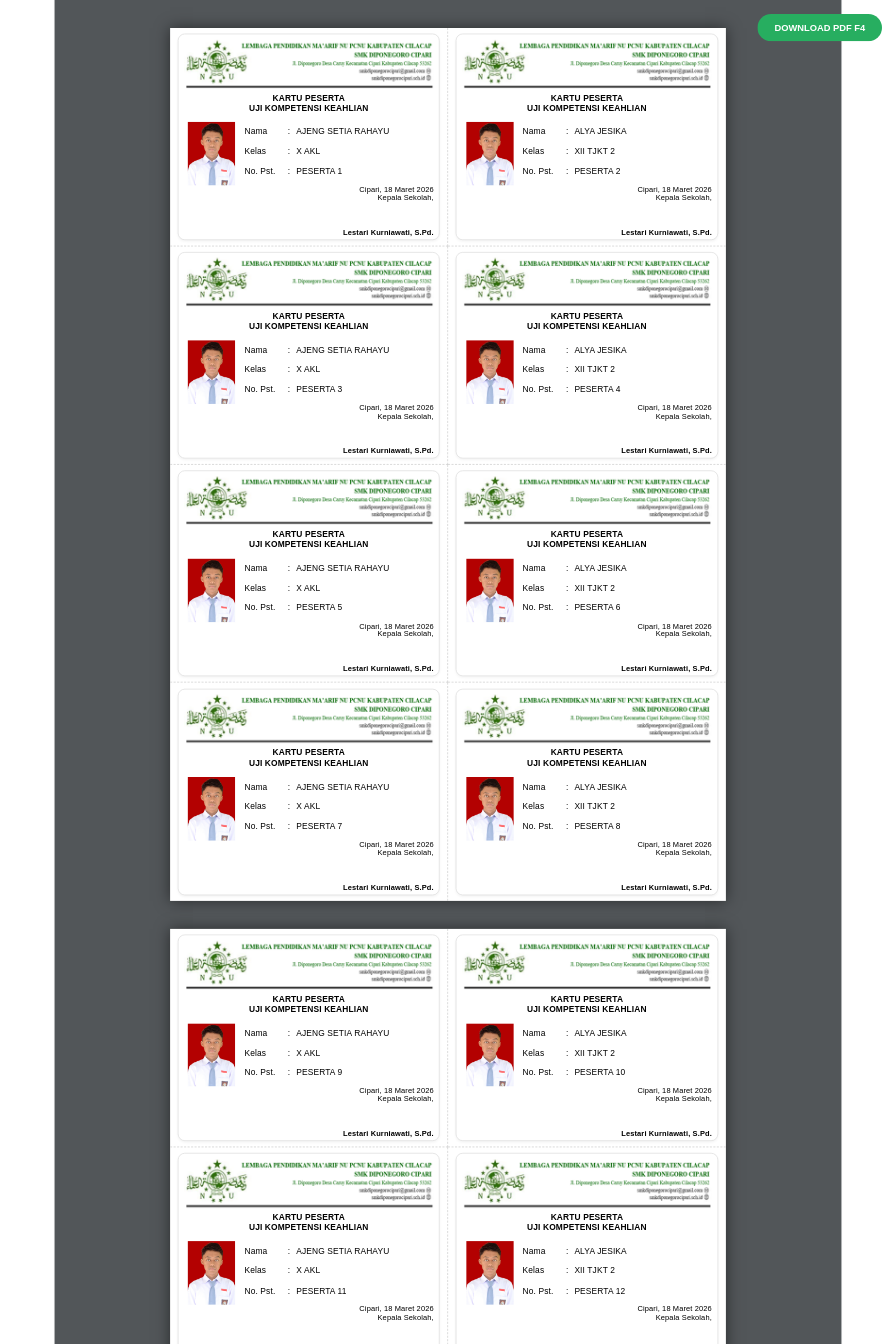
Repository: UsmanAzizz/generator-kartu-tes
Page: /
An editor plug-in stored every save of this project. The page is shown before and after the next save, followed by the edit.
The browser window is 1280 px wide. The pictures show the part of the page from y = 0 to 1920 px (the page is 2654 px tall before and 3294 px after), at 70% of full size.
The project was rebuilt for these pictures with package versions that can differ from the ones it lists, and the page was loaded fresh each time. Also part of the build but not shown: vite.config.js.

Above is the page before, as saved 2026-03-18 16:28:23.

After the next save:
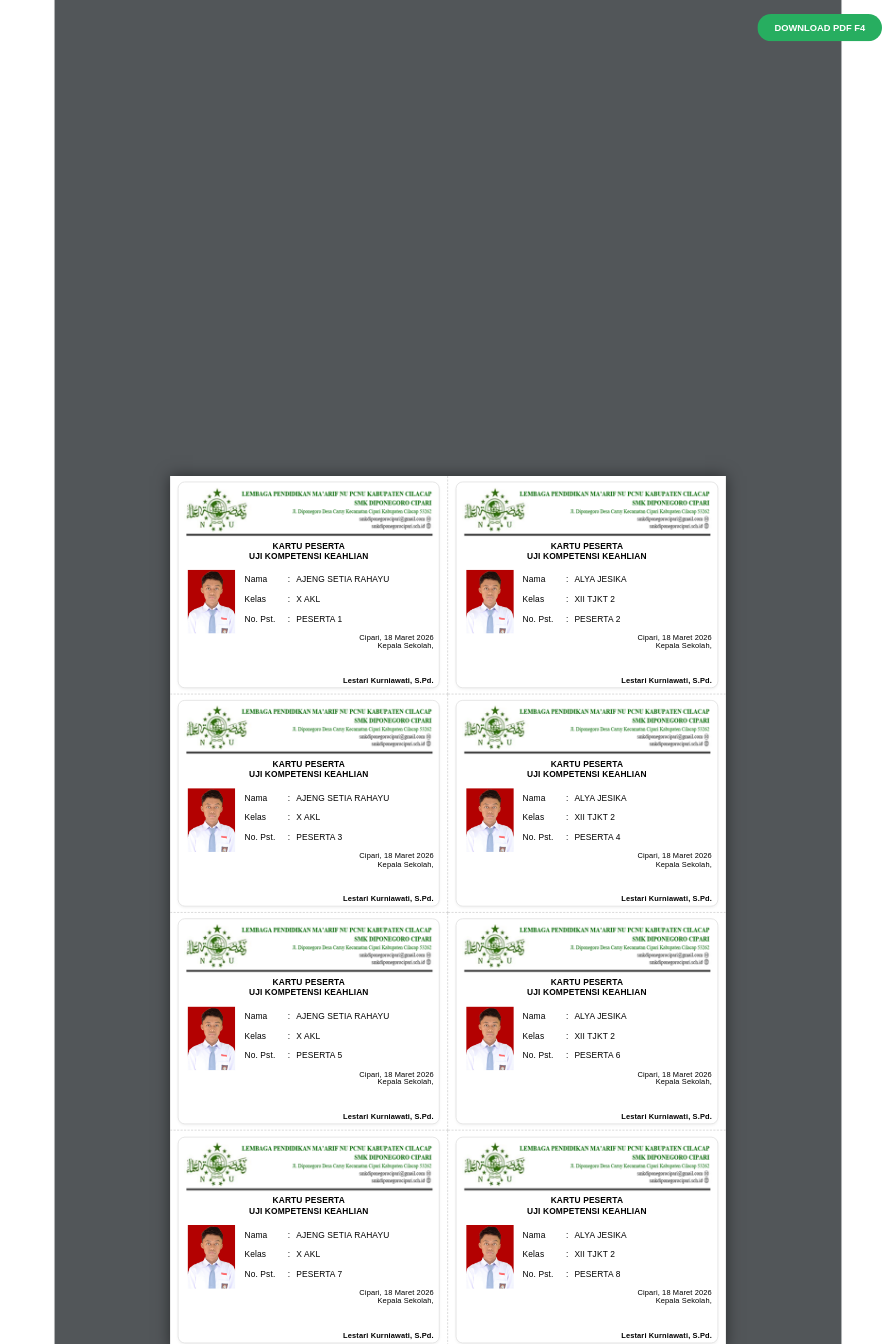
Saved 2 min 40 s later.
--- a/src/App.jsx
+++ b/src/App.jsx
@@ -127,6 +127,11 @@
   return (
     <div style={styles.wrapper}>
       <button style={styles.btnDownload} onClick={downloadPDF}>DOWNLOAD PDF F4</button>
+      <div style={{
+  height: 'calc(100vh - 80px)', // Sisakan ruang untuk padding
+  overflowY: 'auto',            // Scroll hanya muncul di area kartu jika diperlukan
+  width: '100%'
+}}></div>
       <div ref={contentRef}>
         {pages.map((pageStudents, pageIdx) => (
           <div key={pageIdx} className="page-break" style={styles.page}>
